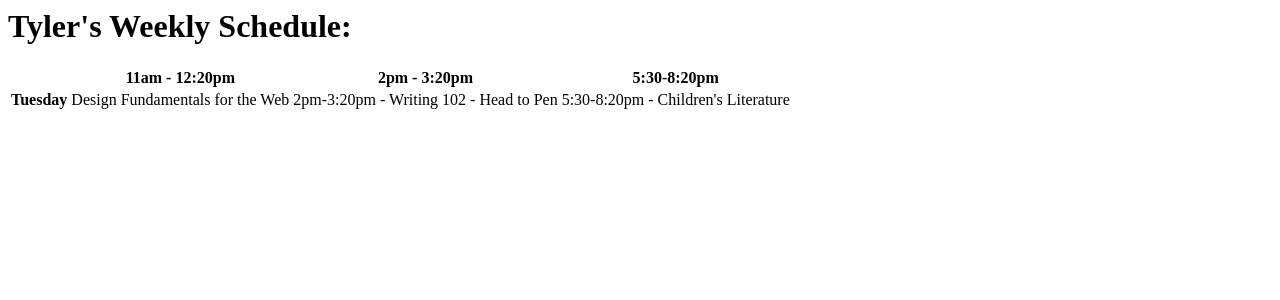
Repository: getzt1/web-design-class
Page: web pages/personal-site/index.html
The author's editor kept a record of every edit. The page is drawn from the files as they stood at one moment, then again after the next edit.
The browser window is 1280 px wide. The pictures show the whole page.

Above is the page before.

After the next edit:
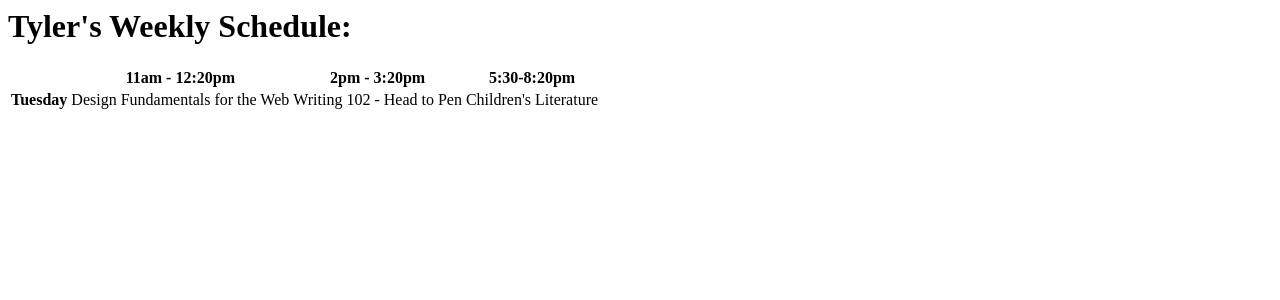
The edit:
--- a/web pages/personal-site/index.html
+++ b/web pages/personal-site/index.html
@@ -16,8 +16,8 @@
          <tr>
             <th>Tuesday</th>
             <td>Design Fundamentals for the Web</td>
-            <td>2pm-3:20pm - Writing 102 - Head to Pen</td>
-            <td>5:30-8:20pm - Children's Literature</td>
+            <td>Writing 102 - Head to Pen</td>
+            <td>Children's Literature</td>
             </tr>
     </table>
 
